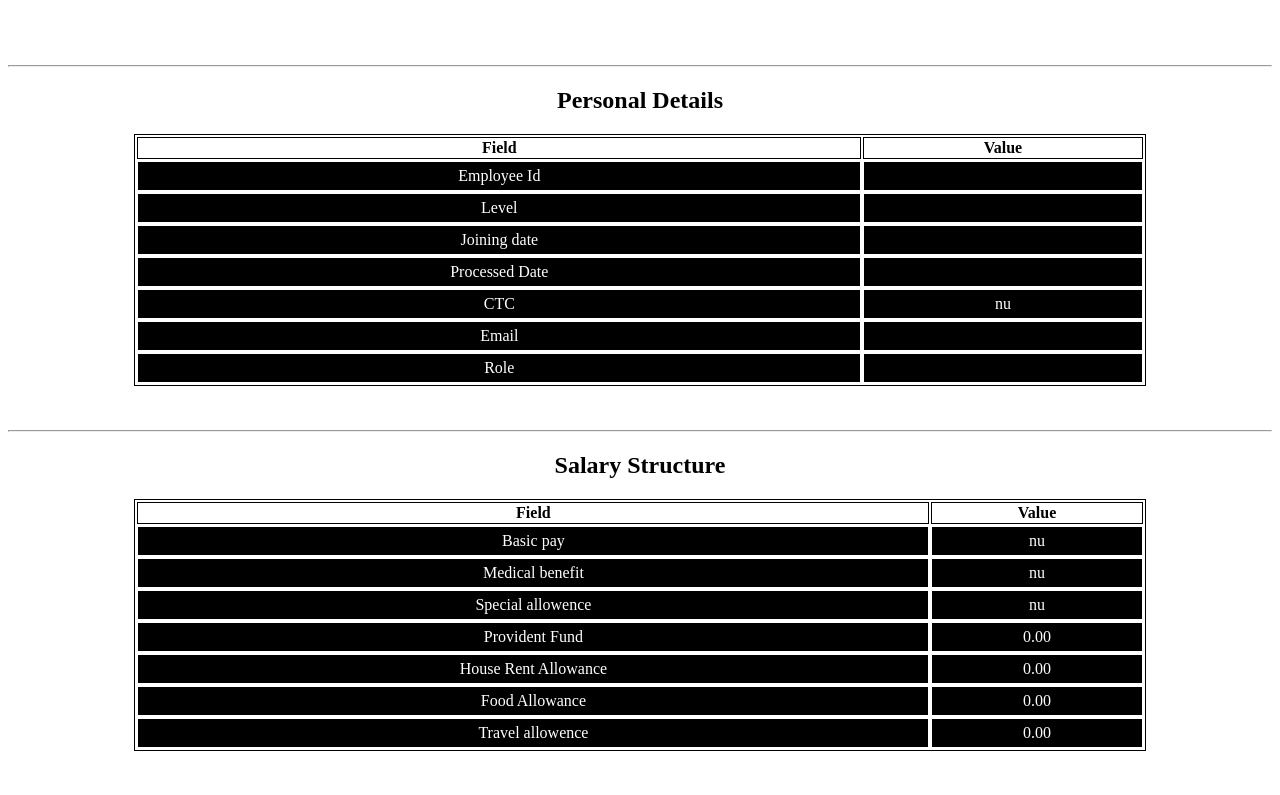
Repository: Mainak-Deb/EmployeeApprisalApp
Page: http://localhost/EmployeeApprisalForm/WEB-INF/views/userPage.jsp
An editor plug-in stored every save of this project. The page is shown before and after the next save, followed by the edit.
The browser window is 1280 px wide. The pictures show the whole page.
The page is served by Tomcat 9. Nobody is signed in. The template is opened directly, without the code that normally fills it, so the values that code supplies are empty.

Above is the page before, as saved 2023-06-27 11:24:02.

After the next save:
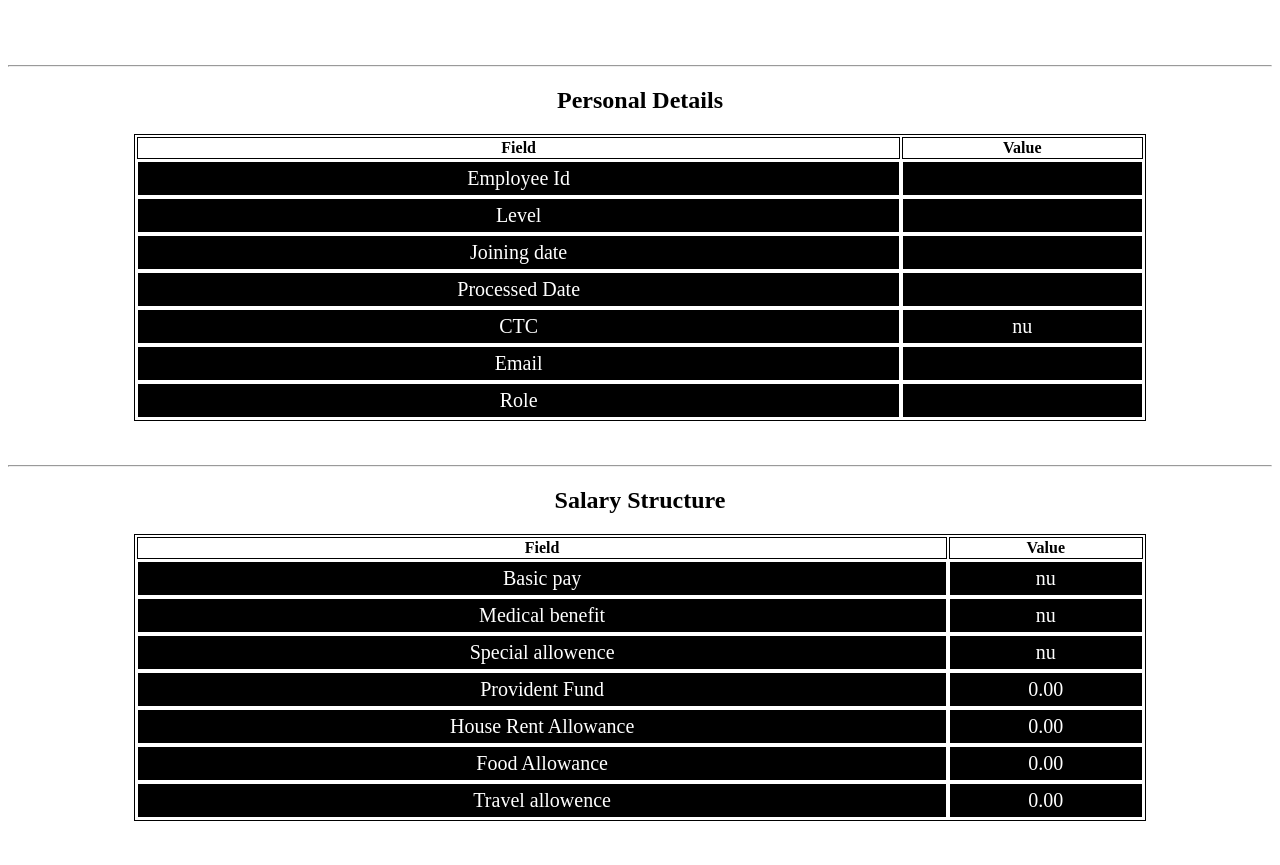
Saved 5 s later.
--- a/EmployeeApprisalForm/src/main/webapp/public/styles/userPage.css
+++ b/EmployeeApprisalForm/src/main/webapp/public/styles/userPage.css
@@ -12,5 +12,5 @@ table, th, td {
   	background-color:black;
   	color:white;
   	padding:5px;
-  	font:20px;
+  	font-size:20px;
   }
